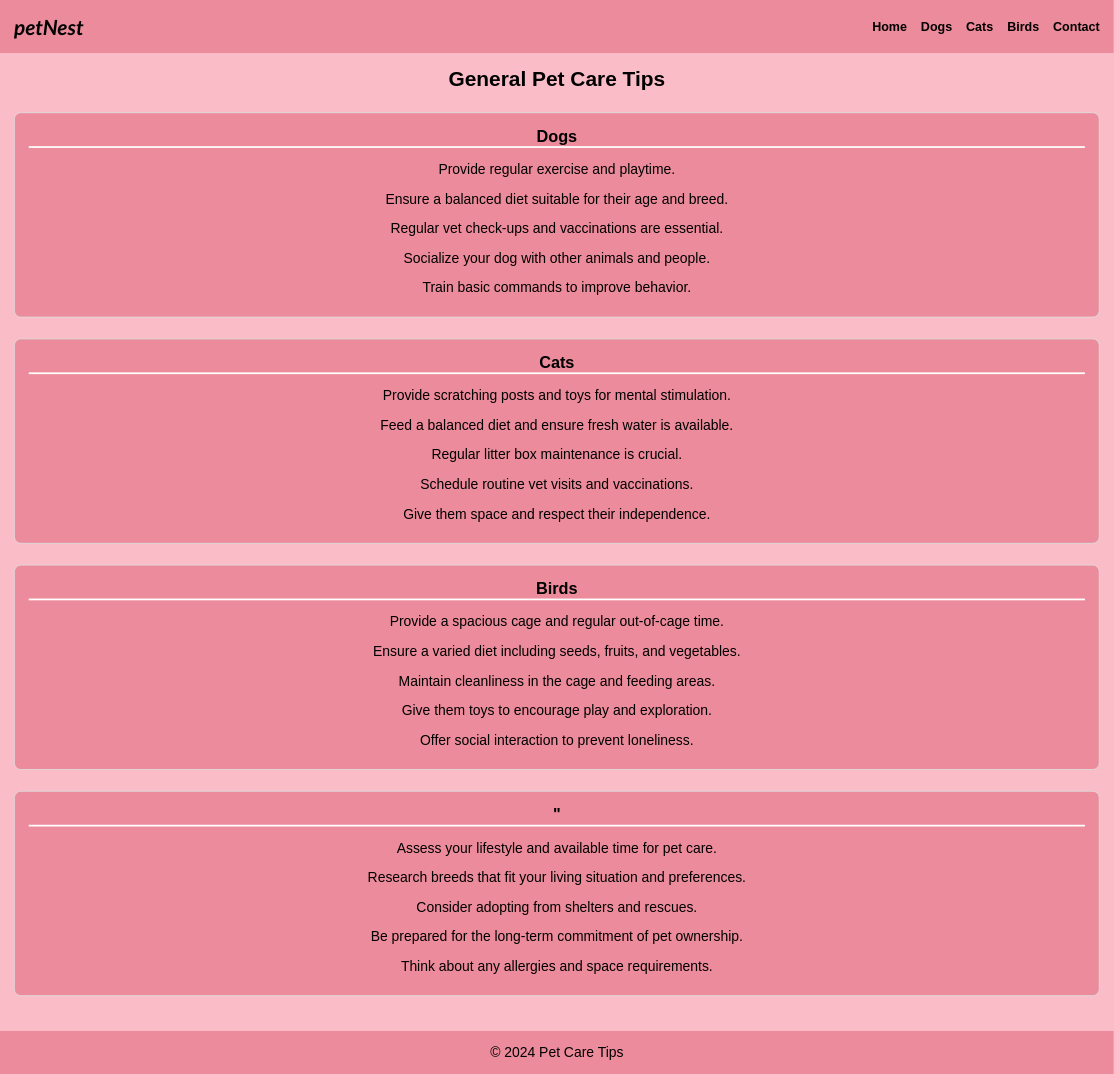
Repository: SHAHZADcodr/pet_care
Page: pages/tips.html
The author's editor kept a copy of each file at every save. The page is drawn from the files as they stood at one save, then again after the next save.
The browser window is 1280 px wide. The pictures show the whole page, at 87% of full size.

Above is the page before, as saved 2024-11-04 23:29:49.

After the next save:
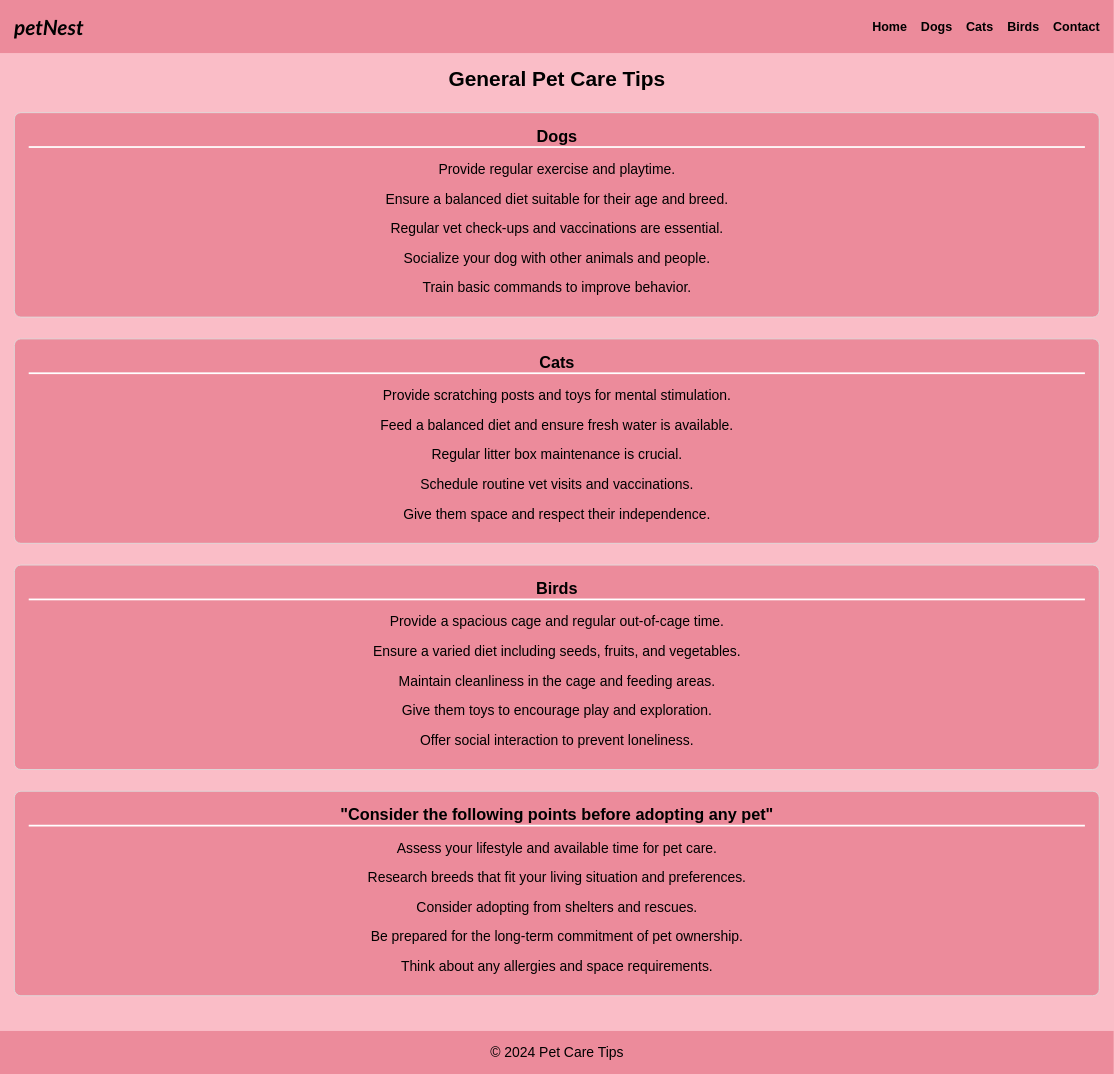
Saved 17 s later.
--- a/pages/tips.html
+++ b/pages/tips.html
@@ -52,7 +52,7 @@
             </ul>
         </section>
         <section>
-            <h3>"</h3>
+            <h3>"Consider the following points before adopting any pet"</h3>
             <ul>
                 <li>Assess your lifestyle and available time for pet care.</li>
                 <li>Research breeds that fit your living situation and preferences.</li>
